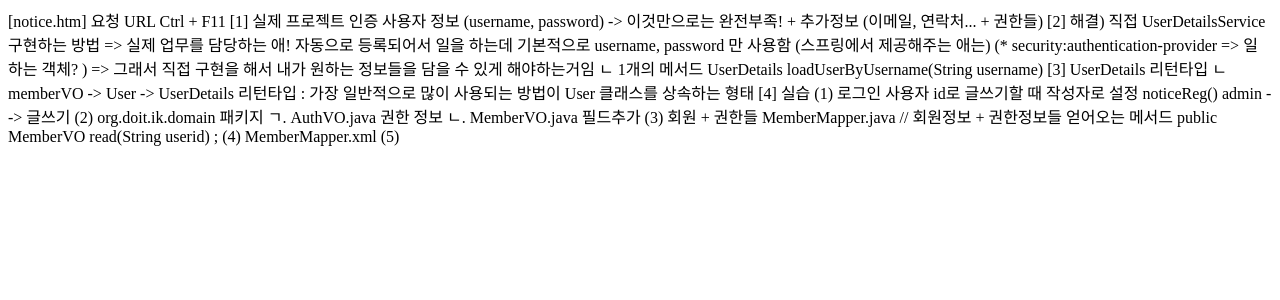
Repository: Vida0822/-
Page: SL11_SECURITY3_USERDETAILSSERVICE/src/main/webapp/customer/notice.htm
These files come from the project's save history. The page is drawn as it stood at one moment and after the next save; the edit follows.
The browser window is 1280 px wide. The pictures show the whole page.

Above is the page before, as saved 2023-07-05 02:37:44.

### SL11_SECURITY3_USERDETAILSSERVICE/src/main/webapp/customer/notice.htm
[notice.htm] 요청 URL
Ctrl + F11

[1] 실제 프로젝트
	인증 사용자 정보 (username, password) -> 이것만으로는 완전부족!
	+ 추가정보 (이메일, 연락처... + 권한들)

[2] 해결) 직접 UserDetailsService 구현하는 방법
=> 실제 업무를 담당하는 애! 자동으로 등록되어서 일을 하는데 기본적으로 username, password 만 사용함 (스프링에서 제공해주는 애는)
	(* security:authentication-provider  => 일하는 객체? )
=> 그래서 직접 구현을 해서 내가 원하는 정보들을 담을 수 있게 해야하는거임

	ㄴ 1개의 메서드
		UserDetails loadUserByUsername(String username)

[3] UserDetails 리턴타입
	ㄴ  memberVO -> User -> UserDetails 리턴타입
	: 가장 일반적으로 많이 사용되는 방법이 User 클래스를 상속하는 형태

[4] 실습
	(1)  로그인 사용자 id로 글쓰기할 때 작성자로 설정
	noticeReg()		admin --> 글쓰기

	(2) org.doit.ik.domain 패키지
		ㄱ. AuthVO.java 권한 정보
		ㄴ. MemberVO.java 필드추가

	(3) 회원 + 권한들 MemberMapper.java
	 // 회원정보 + 권한정보들 얻어오는 메서드
   public MemberVO read(String userid) ;

   (4) MemberMapper.xml
   (5)

After the next save:
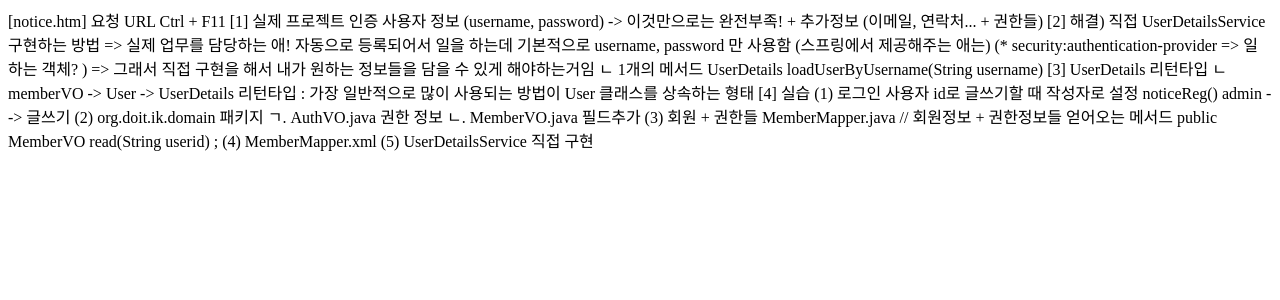
Saved 16 s later.
--- a/SL11_SECURITY3_USERDETAILSSERVICE/src/main/webapp/customer/notice.htm
+++ b/SL11_SECURITY3_USERDETAILSSERVICE/src/main/webapp/customer/notice.htm
@@ -30,4 +30,4 @@ Ctrl + F11
    public MemberVO read(String userid) ;
 
    (4) MemberMapper.xml
-   (5)
+   (5) UserDetailsService 직접 구현
